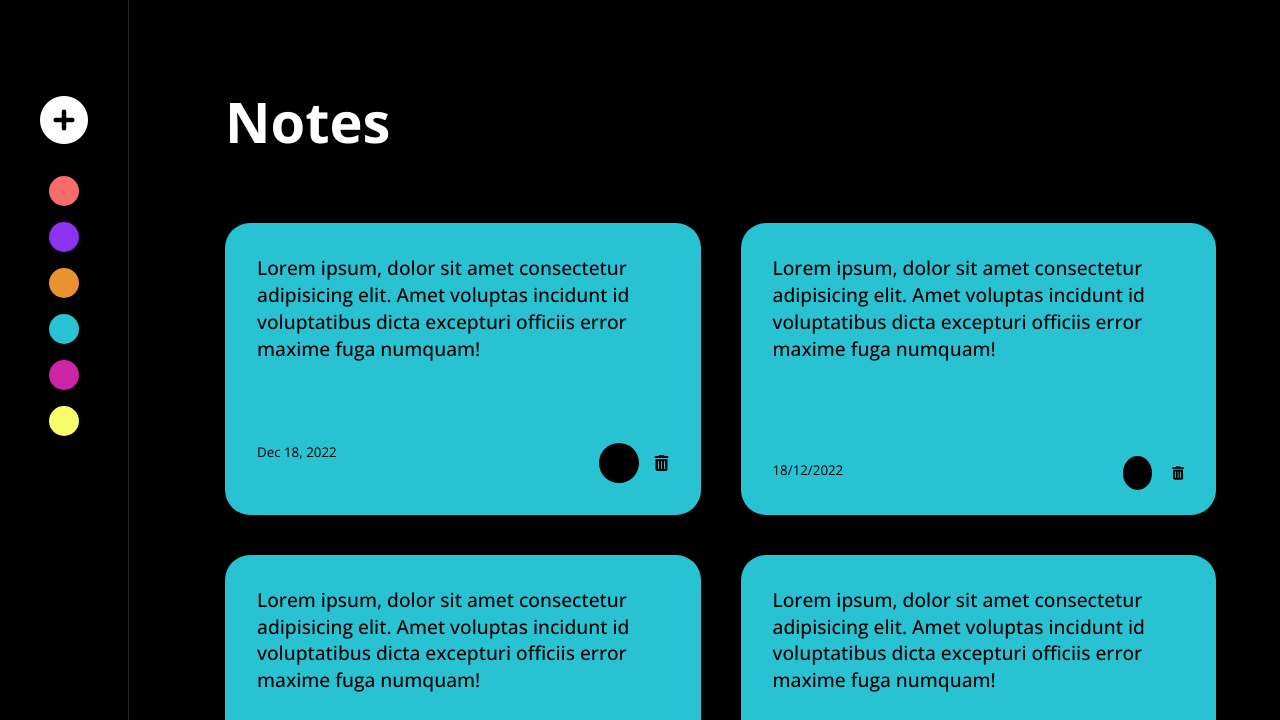
Repository: emiliaiwu/notes_app
Page: index.html
The author's editor kept a copy of each file at every save. The page is drawn from the files as they stood at one save, then again after the next save.
The browser window is 1280 px wide. The pictures show the whole page.
An inner scrolling area shows only its first screen. Some web libraries are served in a nearby version.

Above is the page before, as saved 2022-12-19 23:46:47.

### index.html
<!DOCTYPE html>
<html lang="en">
<head>
    <meta charset="UTF-8">
    <meta http-equiv="X-UA-Compatible" content="IE=edge">
    <meta name="viewport" content="width=device-width, initial-scale=1.0">
    <script src="https://kit.fontawesome.com/fd9c36575f.js" crossorigin="anonymous"></script>
    <link rel="stylesheet" href="style.css">
    <title>Notes App</title>
</head>
<body>
    <div class="container">
        <div class="add">
            <div class="add_card"><i class="fa-solid fa-circle-plus"></i></div>
            <ul class="card_colors">
                <li class="card_color c1"></li>
                <li class="card_color c2"></li>
                <li class="card_color c3"></li>
                <li class="card_color c4"></li>
                <li class="card_color c5"></li>
                <li class="card_color c6"></li>
            </ul>
        </div>
        <div class="cards_container">
            <h1>Notes</h1>
            <div class="cards">

                <div class="card">
                    <p class="text">
                        Lorem ipsum, dolor sit amet consectetur adipisicing elit. Amet voluptas incidunt id voluptatibus dicta excepturi officiis error maxime fuga numquam!
                    </p>
                    <div class="footer close">
                        <small class="date">Dec 18, 2022</small>
                        <div class="edit_delete">
                           <div class="edit"><i class="fa-solid fa-pen"></i></div>
                           <div class="delete"><i class="fa-solid fa-trash-can"></i></div>
                        </div>
                    </div>
                    <div class="footer open">
                        <ul class="edit_settings">
                            <li class="bold"><i class="fa-solid fa-bold"></i></li>
                            <li class="italic"><i class="fa-solid fa-italic"></i></li>
                            <li class="underline"><i class="fa-solid fa-underline"></i></li>
                            <li class="strikethrough"><i class="fa-solid fa-strikethrough"></i></li>
                            <li class="toggleBtn"><i class="fa-solid fa-list-ul"></i></li>
                            <li class="add_image"><i class="fa-solid fa-image"></i></li>
                        </ul>
                    </div>
                </div>

                <div class="card">
                    <span class="text">
                        Lorem ipsum, dolor sit amet consectetur adipisicing elit. Amet voluptas incidunt id voluptatibus dicta excepturi officiis error maxime fuga numquam!
                    </span>
                    <span class="footer close">
                        <small class="date">18/12/2022</small>
                        <span>
                           <small class="edit"><i class="fa-solid fa-pen"></i></small>
                           <small class="delete"><i class="fa-solid fa-trash-can"></i></small>
                        </span>
                    </span>
                    <span class="footer open">
                        <ul class="edit_settings">
                            <li class="bold"><i class="fa-solid fa-bold"></i></li>
                            <li class="italic"><i class="fa-solid fa-italic"></i></li>
                            <li class="underline"><i class="fa-solid fa-underline"></i></li>
                            <li class="strikethrough"><i class="fa-solid fa-strikethrough"></i></li>
                            <li class="toggleBtn"><i class="fa-solid fa-list-ul"></i></li>
                            <li class="add_image"><i class="fa-solid fa-image"></i></li>
                        </ul>
                    </span>
                </div>

                <div class="card">
                    <span class="text">
                        Lorem ipsum, dolor sit amet consectetur adipisicing elit. Amet voluptas incidunt id voluptatibus dicta excepturi officiis error maxime fuga numquam!
                    </span>
                    <span class="footer close">
                        <small class="date">18/12/2022</small>
                        <span>
                           <small class="edit"><i class="fa-solid fa-pen"></i></small>
                           <small class="delete"><i class="fa-solid fa-trash-can"></i></small>
                        </span>
                    </span>
                    <span class="footer open">
                        <ul class="edit_settings">
                            <li class="bold"><i class="fa-solid fa-bold"></i></li>
                            <li class="italic"><i class="fa-solid fa-italic"></i></li>
                            <li class="underline"><i class="fa-solid fa-underline"></i></li>
                            <li class="strikethrough"><i class="fa-solid fa-strikethrough"></i></li>
                            <li class="toggleBtn"><i class="fa-solid fa-list-ul"></i></li>
                            <li class="add_image"><i class="fa-solid fa-image"></i></li>
                        </ul>
                    </span>
                </div>

                <div class="card">
                    <span class="text">
                        Lorem ipsum, dolor sit amet consectetur adipisicing elit. Amet voluptas incidunt id voluptatibus dicta excepturi officiis error maxime fuga numquam!
                    </span>
                    <span class="footer close">
                        <small class="date">18/12/2022</small>
                        <span>
                           <small class="edit"><i class="fa-solid fa-pen"></i></small>
                           <small class="delete"><i class="fa-solid fa-trash-can"></i></small>
                        </span>
                    </span>
                    <span class="footer open">
                        <ul class="edit_settings">
                            <li class="bold"><i class="fa-solid fa-bold"></i></li>
                            <li class="italic"><i class="fa-solid fa-italic"></i></li>
                            <li class="underline"><i class="fa-solid fa-underline"></i></li>
                            <li class="strikethrough"><i class="fa-solid fa-strikethrough"></i></li>
                            <li class="toggleBtn"><i class="fa-solid fa-list-ul"></i></li>
                            <li class="add_image"><i class="fa-solid fa-image"></i></li>
                        </ul>
                    </span>
                </div>


            </div>
        </div>




    </div>

</body>
</html>

### style.css
@import url('https://fonts.googleapis.com/css2?family=Open+Sans:wght@300;400;500;700&display=swap');


* {
    margin: 0;
    padding: 0;
    box-sizing: border-box;
    list-style-type: none;

}

body {
    font-family: 'Open Sans', sans-serif;
    width: 100vw;
    height: 100vh;
    background-color: #000;
    color: #fff;

}

h1 {
    font-size: 3.5rem;
    margin-bottom: 4rem;
    color: #fff;
}

.container {
    display: flex;
    width: 100%;
    height: 100%;
    gap: 2rem;
}

.add {
    border-right: 1px solid rgba(255, 255, 255, 0.15);
    min-height: 100vh;
    display: flex;
    flex-direction: column;
    align-items: center;
    padding: 6rem 2.5rem;

}

.card_color {
    width: 30px;
    height: 30px;
    border-radius: 50%;
    margin-bottom: 1rem;

}

.fa-circle-plus {
    font-size: 3rem;
    margin-bottom: 2rem;
}

.c1 {
    background-color: #F66B6B;
}

.c2 {
    background-color: #8C33F3;
}

.c3 {
    background-color: #EA9231;
}

.c4 {
    background-color: #29C2D3;
}

.c5 {
    background-color: #CC23A7;
}

.c6 {
    background-color: #F7FC6C;
}






/* CARDS CONTAINER */

.cards_container {
    padding: 5.2rem 4rem;
    height: 100%;
    overflow-y: scroll;
    width: 100%;
    color: #000;
}

.cards {
    display: grid;
    grid-template-columns: repeat(auto-fit, minmax(19rem, 1fr));
    gap: 2.5rem;
}

.card {
    display: flex;
    flex-direction: column;
    justify-content: space-between;
    background-color: #29C2D3;
    padding: 2rem 2rem 1rem 2rem;
    border-radius: 25px;
}

.close,
.edit_settings {
    display: flex;
    justify-content: space-between;

}

.text {
    margin-bottom: 5rem;
    font-size: 1.2rem;
    font-weight: 500;
    line-height: 1.4;
}




.edit_delete {
    display: flex;
    justify-content: space-between;
    align-items: center;
}

.edit {
    background-color: #000;
    width: 40px;
    height: 40px;
    padding: .5rem;
    border-radius: 50%;
}

.delete {

}

.fa-trash-can {
    margin-left: 1rem;
}






.edit_settings {
    border-top: 1px solid rgba(0, 0, 0, 0.178);;
    width: 100%;
    padding: 1rem;
}

ul li i {
    font-size: 1.2rem;
}












/* OPEN AND CLOSE FUNCTIONALITY */

.open {
    display: none;

}

.close {
    padding-bottom: 1rem;
}

After the next save:
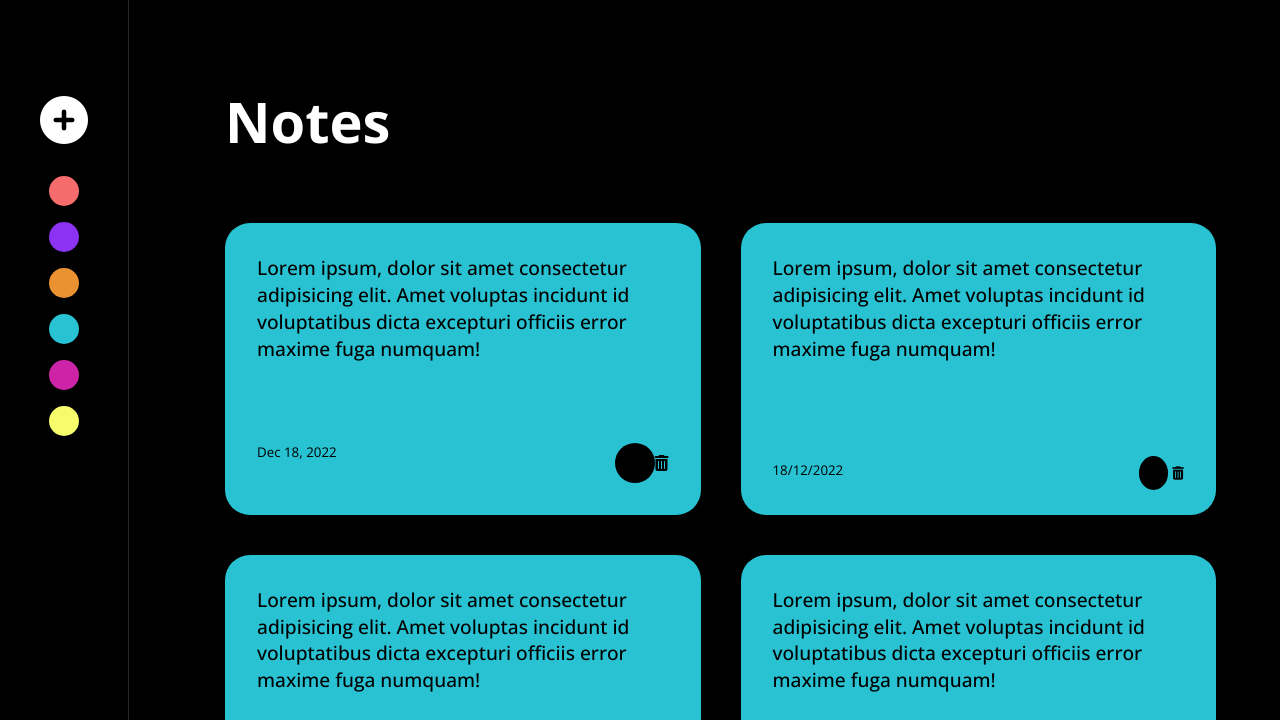
Saved 4 s later.
--- a/style.css
+++ b/style.css
@@ -143,9 +143,9 @@ h1 {
 
 }
 
-.fa-trash-can {
+/* .fa-trash-can {
     margin-left: 1rem;
-}
+} */
 
 
 
